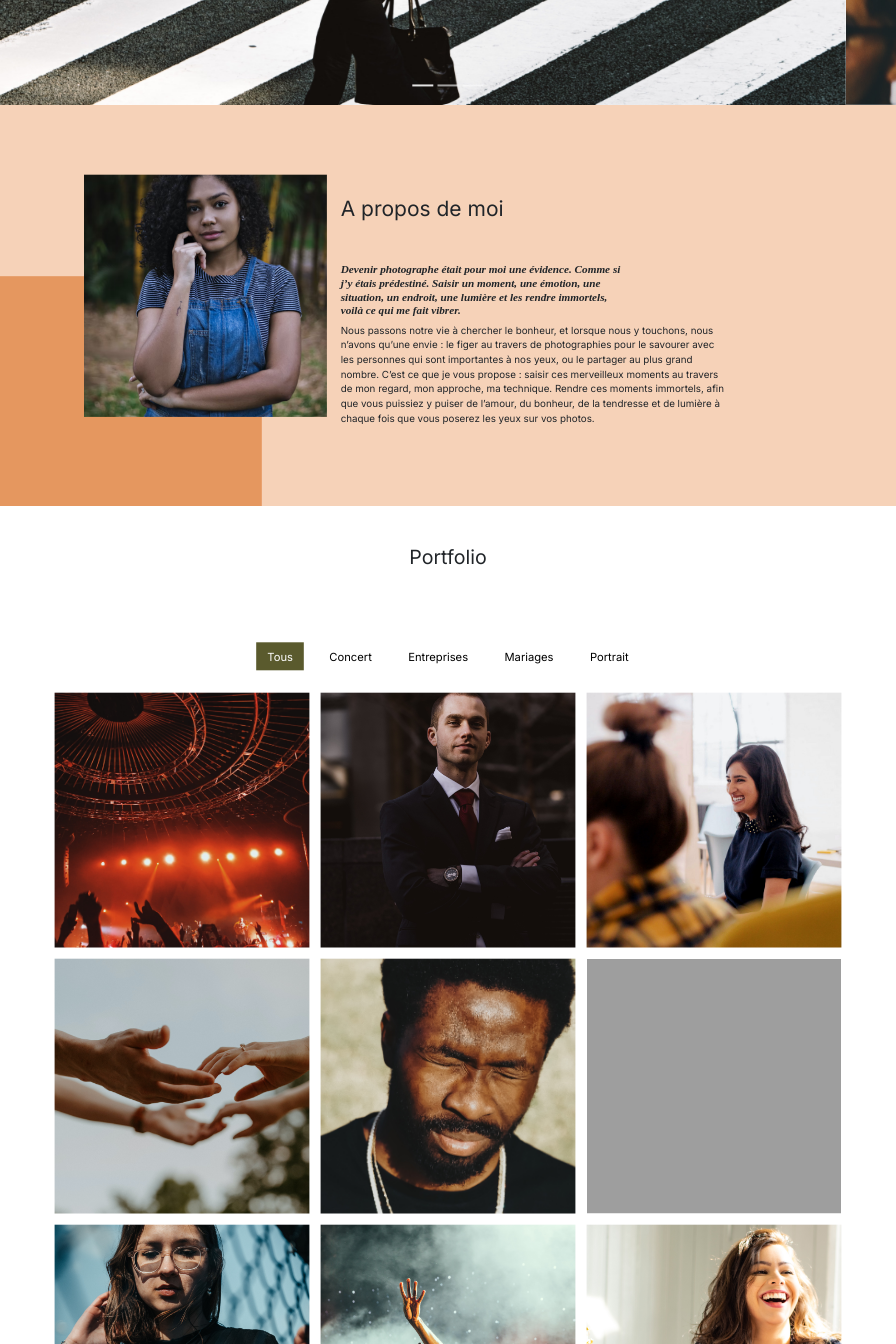
Repository: Dimple3377/project-9
Page: index.html
An editor plug-in stored every save of this project. The page is shown before and after the next save, followed by the edit.
The browser window is 1280 px wide. The pictures show the part of the page from y = 541 to 2461 px (the page is 4589 px tall before and 4413 px after), at 70% of full size.
Pictures or frames that could not be fetched are drawn as grey boxes. Some web fonts or font styles are not loaded; a fallback is used.

Above is the page before, as saved 2024-04-15 01:51:15.

### index.html
<!DOCTYPE html>
<html lang="fr">
  <head>
    <meta name="viewport" content="width=device-width, initial-scale=1.0" />
    <title>Nina Carducci - Photographe</title>
    <!-- Titre de la page ajouté ici -->
    <meta
      name="description"
      content="Explorez le portfolio de Nina Carducci, photographe spécialisée dans les mariages, portraits et événements en Île-de-France."
    />
    <!-- Meta description ajoutée ici -->
    <link rel="stylesheet" href="./assets/bootstrap/bootstrap.css" />
    <link rel="stylesheet" href="./assets/style.css" />
    <link rel="preconnect" href="https://fonts.googleapis.com" />
    <link rel="preconnect" href="https://fonts.gstatic.com" crossorigin />
    <link
      href="https://fonts.googleapis.com/css2?family=Inter&family=Spectral:ital,wght@0,400;1,300;1,400;1,800&display=swap"
      rel="stylesheet"
    />
    <meta charset="UTF-8" />
    <script src="./assets/bootstrap/bootstrap.bundle.js"></script>
    <script
      src="https://code.jquery.com/jquery-3.4.1.min.js"
      integrity="sha256-CSXorXvZcTkaix6Yvo6HppcZGetbYMGWSFlBw8HfCJo="
      crossorigin="anonymous"
    ></script>
    <script src="./assets/maugallery.js"></script>
    <script src="./assets/scripts.js"></script>
  </head>
  <body>
    <div class="top-header">
      <h3 class="name">Nina Carducci</h3>
      <div class="nav">
        <ul>
          <li><a href="#about">À propos</a></li>
          <li><a href="#gallery">Galerie</a></li>
          <li><a href="#services">Service</a></li>
          <li><a href="#contact">Contact</a></li>
          <li>
            <a
              class="social-link"
              href="https://www.instagram.com/ninacarducci.photo/?hl=fr"
              target="_blank"
              ><img
                src="assets/images/instagram.png"
                alt="Logo Instagram - Suivez Nina Carducci"
            /></a>
          </li>
        </ul>
      </div>
    </div>
    <div id="header">
      <div
        id="carouselExampleIndicators"
        class="carousel slide"
        data-bs-ride="carousel"
      >
        <div class="carousel-indicators">
          <button
            type="button"
            data-bs-target="#carouselExampleIndicators"
            data-bs-slide-to="0"
            class="active"
            aria-current="true"
            aria-label="Slide 1"
          ></button>
          <button
            type="button"
            data-bs-target="#carouselExampleIndicators"
            data-bs-slide-to="1"
            aria-label="Slide 2"
          ></button>
          <button
            type="button"
            data-bs-target="#carouselExampleIndicators"
            data-bs-slide-to="2"
            aria-label="Slide 3"
          ></button>
        </div>
        <div class="carousel-inner">
          <div class="carousel-item active">
            <img
              src="./assets/images/slider/ryoji-iwata-wUZjnOv7t0g-unsplash.jpg"
              class="d-block w-100"
              alt="Vue urbaine capturée par Ryoji Iwata"
            />
          </div>
          <div class="carousel-item">
            <img
              src="./assets/images/slider/nicholas-green-nPz8akkUmDI-unsplash.jpg"
              class="d-block w-100"
              alt="Paysage tranquille par Nicholas Green"
            />
          </div>
          <div class="carousel-item">
            <img
              src="./assets/images/slider/edward-cisneros-3_h6-1NPDGw-unsplash.jpg"
              class="d-block w-100"
              alt="Portrait émotionnel par Edward Cisneros"
            />
          </div>
        </div>
        <button
          class="carousel-control-prev"
          type="button"
          data-bs-target="#carouselExampleIndicators"
          data-bs-slide="prev"
        >
          <span class="carousel-control-prev-icon" aria-hidden="true"></span>
          <span class="visually-hidden">Previous</span>
        </button>
        <button
          class="carousel-control-next"
          type="button"
          data-bs-target="#carouselExampleIndicators"
          data-bs-slide="next"
        >
          <span class="carousel-control-next-icon" aria-hidden="true"></span>
          <span class="visually-hidden">Next</span>
        </button>
      </div>
    </div>
    <div id="about">
      <div class="picture left">
        <img src="./assets/images/nina.png" alt="Nina Carducci souriante" />
      </div>
      <div id="about-me">
        <h3 class="about-me__title">A propos de moi</h3>
        <h6 class="about-me__introduction">
          Devenir photographe était pour moi une évidence. Comme si j’y étais
          prédestiné. Saisir un moment, une émotion, une situation, un endroit,
          une lumière et les rendre immortels, voilà ce qui me fait vibrer.
        </h6>
        <p>
          Nous passons notre vie à chercher le bonheur, et lorsque nous y
          touchons, nous n’avons qu’une envie : le figer au travers de
          photographies pour le savourer avec les personnes qui sont importantes
          à nos yeux, ou le partager au plus grand nombre. C’est ce que je vous
          propose : saisir ces merveilleux moments au travers de mon regard, mon
          approche, ma technique. Rendre ces moments immortels, afin que vous
          puissiez y puiser de l’amour, du bonheur, de la tendresse et de
          lumière à chaque fois que vous poserez les yeux sur vos photos.
        </p>
      </div>
    </div>
    <div id="gallery">
      <h3 class="title">Portfolio</h3>
      <div class="container py-3">
        <div class="gallery" style="display: none">
          <img
            data-gallery-tag="Concert"
            class="gallery-item"
            src="./assets/images/gallery/concerts/aaron-paul-wnX-fXzB6Cw-unsplash.jpg"
            alt="Foule lors d'un concert de nuit"
          />
          <img
            data-gallery-tag="Entreprises"
            class="gallery-item"
            src="./assets/images/gallery/entreprise/ali-morshedlou-WMD64tMfc4k-unsplash.jpg"
            alt="Intérieur d'un bureau moderne"
          />
          <img
            data-gallery-tag="Entreprises"
            class="gallery-item"
            src="./assets/images/gallery/entreprise/jason-goodman-tHO1_OuKbg0-unsplash.jpg"
            alt="Réunion d'équipe en entreprise"
          />
          <img
            data-gallery-tag="Mariages"
            class="gallery-item"
            src="./assets/images/gallery/mariage/hannah-busing-RvF2R_qMpRk-unsplash.jpg"
            alt="Couple se mariant sous un ciel clair"
          />
          <img
            data-gallery-tag="Portrait"
            class="gallery-item"
            src="./assets/images/gallery/portraits/ade-tunji-rVkhWWZFAtQ-unsplash.jpg"
            alt="Portrait d'un homme en lumière naturelle"
          />
          <img
            data-gallery-tag="Mariages"
            class="gallery-item"
            src="./assets/images/gallery/mariage/jakob-owens-SiniLJkXhMc-unsplash.jpg"
            alt="Couple de mariés partageant un moment joyeux"
          />
          <img
            data-gallery-tag="Portrait"
            class="gallery-item"
            src="./assets/images/gallery/portraits/nino-van-prattenburg--443cl1uR_8-unsplash.jpg"
            alt="Portrait artistique d'une femme"
          />
          <img
            data-gallery-tag="Concert"
            class="gallery-item"
            src="./assets/images/gallery/concerts/austin-neill-hgO1wFPXl3I-unsplash.jpg"
            alt="Artiste jouant de la guitare sur scène"
          />
          <img
            data-gallery-tag="Entreprises"
            class="gallery-item"
            src="./assets/images/gallery/entreprise/mateus-campos-felipe-Fsgzm8N0hIY-unsplash.jpg"
            alt="Bureau d'entreprise avec un design épuré"
          />
        </div>
      </div>
      <div class="quote">
        <figure>
          <blockquote>
            <h1 class="quote__text">
              Un portrait n’est pas une ressemblance. Dès lors qu’une émotion ou
              qu’un fait est traduit en photo, il cesse d’être un fait pour
              devenir une opinion. L’inexactitude n’existe pas en photographie.
              Toutes les photos sont exactes. Aucune d’elles n’est la vérité.
            </h1>
          </blockquote>
          <figcaption class="quote__author">- Richard Avedon</figcaption>
        </figure>
      </div>
    </div>
    <div id="services">
      <h3 class="title">Mes services</h3>
      <div class="container">
        <div class="service">
          <div class="service__description">
            <h3>Shooting photo</h3>
            <p>
              Pour capturer vos moments les plus précieux et garder un souvenir
              impérissable. Je me déplace en Île-de-France pour réaliser vos
              photos
            </p>
          </div>
          <div class="service__price">
            <h4>350€/demi journée</h4>
            <span>Matériel, déplacement inclus</span>
          </div>
        </div>
        <div class="service">
          <div class="service__description">
            <h3>Retouches</h3>
            <p>
              Vous souhaitez retoucher vos photos pour un résultat professionnel
              ? Bénéficier d’un rendu optimal pour vos publications
            </p>
          </div>
          <div class="service__price">
            <h4>50€/photo</h4>
            <span>2 AR par photo</span>
          </div>
        </div>
        <div class="service">
          <div class="service__description">
            <h3>Album photos</h3>
            <p>
              Partagez avec vos proches et vos clients les photos des moments
              partagés ensemble à travers un album photo personnalisé
            </p>
          </div>
          <div class="service__price">
            <h4>400€ album A4</h4>
            <span>30 pages recto/verso</span>
          </div>
        </div>
      </div>
    </div>
    <div class="quote">
      <figure>
        <blockquote>
          <h1 class="quote__text">
            De manière inconsciente, je crois, je guette un regard, une
            expression, des traits ou une nostalgie capable de résumer ou plus
            exactement de révéler une vie
          </h1>
        </blockquote>
        <figcaption class="quote__author">- Richard Avedon</figcaption>
      </figure>
    </div>
    <div id="contact">
      <div class="container">
        <div class="form-container">
          <h3>Une question ? Une demande de devis ?</h3>
          <p>
            N’hésitez pas à m’écrire ! Je vous répondrais en moins de 24 heures
          </p>
          <form action="" method="post">
            <label for="nom">Nom</label>
            <input type="text" name="nom" id="nom" />
            <label for="email">Email</label>
            <input type="email" name="email" id="email" />
            <label for="message">Message</label>
            <textarea
              name="message"
              id="message"
              cols="30"
              rows="10"
            ></textarea>
            <input type="submit" value="Envoyer" />
          </form>
        </div>
        <div class="picture right">
          <img src="./assets/images/camera.png" alt="Icône de caméra" />
        </div>
      </div>
    </div>
  </body>
</html>

### assets/style.css
body {
  max-width: 1920px;
  margin: auto;
}
* {
  font-family: "Inter";
  font-style: normal;
}
.top-header {
  background-color: white;
  position: sticky;
  top: 0;
  z-index: 1000;
  display: flex;
  justify-content: space-between;
  padding-inline: 100px;
  padding-block: 30px;
  align-items: center;
}

.top-header .name {
  font-size: 26px;
}

.nav ul {
  display: flex;
  list-style-type: none;
  font-size: 14px;
  margin-bottom: 0;
}

.nav li {
  padding-inline: 10px;
}

.nav a {
  text-decoration: none;
  color: #000;
}

.social-link img {
  width: 20px;
}

#about {
  display: flex;
  background-color: #f6d2b8;
  padding-inline: 100px;
  padding-block: 100px;
  position: relative;
}

.picture.left::before {
  content: " ";
  background-color: #e5975f;
  width: 374px;
  height: 329px;
  position: absolute;
  bottom: 0;
  left: 0;
  z-index: -1;
}

.picture {
  flex: 1;
  margin: 0 20px;
  z-index: 0;
}

.picture img {
  width: 100%;
}
#about-me {
  flex: 2;
}
.about-me__title {
  margin-top: 1em;
  margin-bottom: 60px;
  font-size: 30px;
}
.about-me__introduction {
  font-family: "Spectral";
  font-weight: 800;
  font-style: italic;
  width: 60%;
}
#about-me p {
  width: 80%;
  font-size: 14px;
}

#gallery {
  /*	min-height: 100vh; */
}
.title {
  text-align: center;
  padding-block: 2em;
}
.gallery .nav {
  justify-content: center;
}
.nav-pills .nav-link.active,
.nav-pills .show > .nav-link {
  color: #fff;
  background-color: #5a5a2d; /* Plus foncé pour un meilleur contraste */
  border-radius: 0;
}
.nav-pills .nav-link {
  color: #000;
}
.item-column {
  position: relative;
  margin-bottom: 0 !important;
  padding: 0;
}
.item-column::after {
  content: "";
  display: block;
  padding-bottom: 100%;
}
.gallery-item {
  position: absolute;
  width: 100%;
  height: 100%;
  object-fit: cover;
  padding: 0.5em;
}
.mg-prev,
.mg-next {
  width: 30px;
  height: 30px;
  border-radius: 00%;
  justify-content: center;
  align-items: center;
  display: flex;
  font-size: 24px;
}

.quote {
  font-family: "Spectral";
  font-style: italic;
  width: 70%;
  margin: auto;
  padding-block: 3em;
}
.quote__text {
  font-family: Spectral;
  font-style: italic;
  font-weight: 300;
}
.quote__author {
  font-family: Spectral;
  font-weight: 800;
  font-size: 22px;
}

#services {
  margin: auto;
  background-color: #a8d5d8;
  color: #2c3e50; /* Texte plus foncé pour un meilleur contraste */
  position: relative;
}
#services .container::before {
  content: " ";
  background-color: #1c6474;
  position: absolute;
  width: 100%;
  height: 30%;
  bottom: 0;
  left: 0;
  z-index: 0;
}

#services .container {
  justify-content: space-between;
  display: flex;
  padding: 2em 0;
}

.service {
  background-color: white;
  max-width: 390px;
  width: 30%;
  height: 337px;
  padding: 1em;
  display: flex;
  flex-direction: column;
  justify-content: space-between;
  z-index: 1;
}

#contact {
  margin: auto;
  background-color: #d8d3a8;
  position: relative;
  padding-inline: 100px;
  padding-block: 100px;
}

#contact .container {
  display: flex;
}
.picture.right::before {
  content: " ";
  background-color: #beb45a;
  width: 374px;
  height: 329px;
  position: absolute;
  bottom: 0;
  right: 0;
  z-index: -1;
}
.form-container {
  flex: 2;
}
form {
  display: flex;
  flex-direction: column;
  width: 70%;
  align-items: flex-start;
}

form input {
  width: 100%;
  background-color: transparent;
  border: solid 1px;
  height: 2.5em;
  margin-bottom: 20px;
}

form textarea {
  width: 100%;
  background-color: transparent;
  border: solid 1px;
  height: 5em;
  line-height: 2.5em;
  font-size: 1.2em;
  margin-bottom: 20px;
}
input[type="submit"] {
  background-color: #beb45a;
  padding: 0.5em 1em;
}

@media all and (max-width: 1180px) {
  .picture {
    flex: 2;
  }
  #about,
  #contact .container {
    align-items: center;
  }
  .about-me__title {
    margin-top: 0;
    margin-bottom: 1em;
  }
  #about-me h6,
  #about-me p {
    width: 100%;
  }
}

@media all and (max-width: 1000px) {
  #about {
    flex-direction: column;
  }
  .picture {
    width: 50%;
  }
  .picture.left::before {
    width: 100%;
    height: 30%;
    position: absolute;
    bottom: auto;
    top: 0;
    left: 0;
    z-index: -1;
  }
  .about-me__title {
    text-align: center;
    margin-top: 1em;
  }
  #services .container {
    flex-direction: column;
  }
  .service {
    width: 100%;
    max-width: 100%;
    height: auto;
    margin: 2em 0;
  }
  .service__description {
    margin-bottom: 1em;
  }

  #services .container::before {
    width: 30%;
    height: 100%;
    bottom: 0;
    right: 0;
    left: auto;
    z-index: 0;
  }

  #contact .container {
    flex-direction: column;
  }
  #contact .picture.right {
    margin-top: 1em;
  }
  .picture.right::before {
    width: 100%;
    height: 30%;
    position: absolute;
    bottom: 0;
    right: 0;
    z-index: -1;
  }
}

@media all and (max-width: 650px) {
  .top-header {
    flex-direction: column;
    padding-inline: 0;
  }
  .top-header .nav,
  .top-header .nav ul {
    width: 100%;
    padding: 0 0 0 0;
  }
  .top-header .nav li {
    flex: 1;
    padding-block: 1em;
    text-align: center;
  }
  .picture.left::before,
  .picture.right::before {
    height: 150px;
  }
  #services .container {
    align-items: center;
  }
  .service {
    max-width: 90%;
  }
  #about,
  #contact {
    padding-inline: 2em;
    padding-block: 2em;
  }
  form {
    width: 100%;
  }
  .picture {
    width: 80%;
  }
}

Loaded but not shown: assets/bootstrap/bootstrap.css (library); assets/bootstrap/bootstrap.bundle.js (library); assets/scripts.js (common file); assets/maugallery.js (263 lines, source omitted)

After the next save:
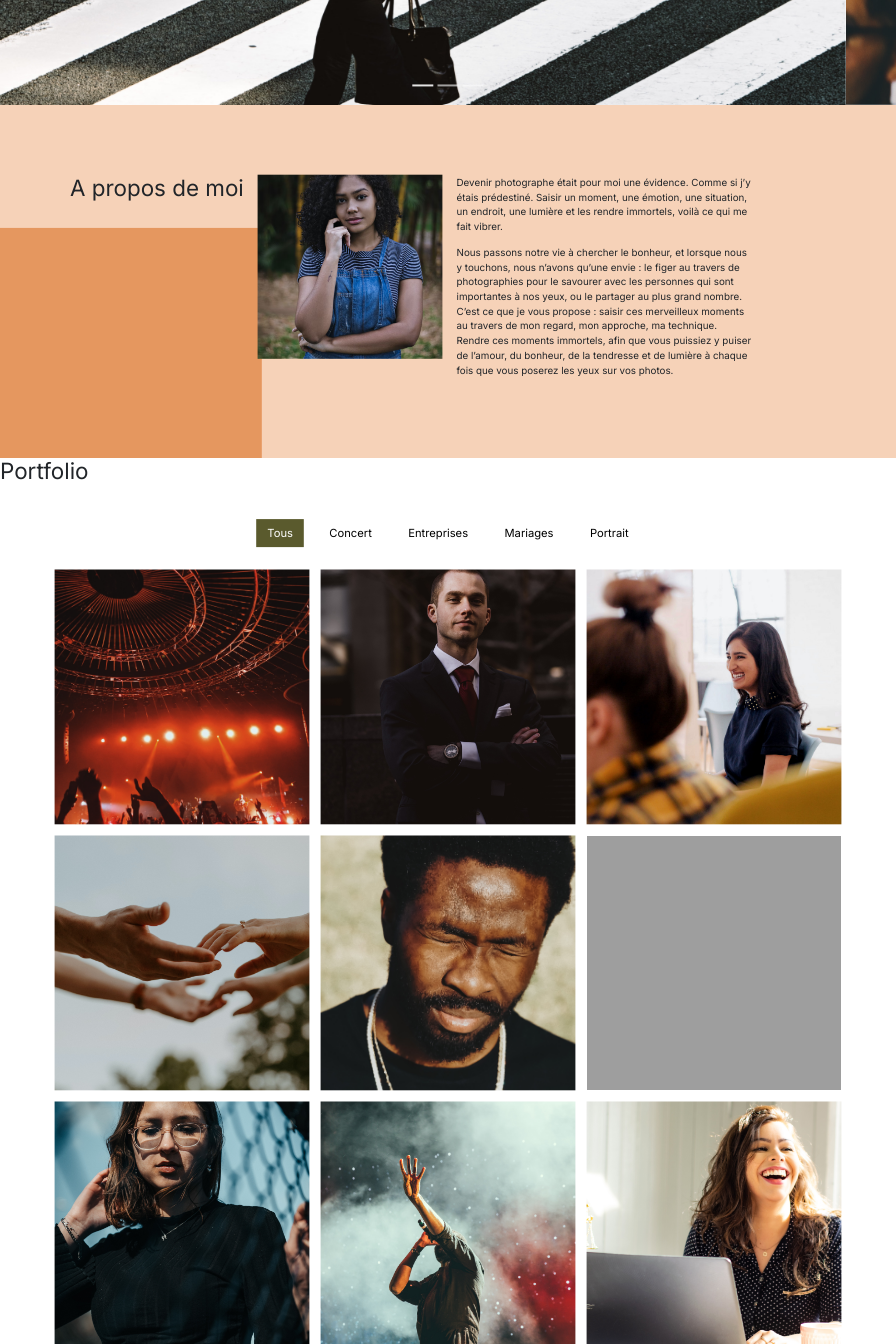
Saved 31 min 37 s later.
--- a/index.html
+++ b/index.html
@@ -29,8 +29,8 @@
   </head>
   <body>
     <div class="top-header">
-      <h3 class="name">Nina Carducci</h3>
-      <div class="nav">
+      <h1 class="name">Nina Carducci</h1> <!-- Changé en h1 pour indiquer le titre principal -->
+      <nav class="nav">
         <ul>
           <li><a href="#about">À propos</a></li>
           <li><a href="#gallery">Galerie</a></li>
@@ -47,7 +47,7 @@
             /></a>
           </li>
         </ul>
-      </div>
+      </nav>
     </div>
     <div id="header">
       <div
@@ -120,17 +120,17 @@
         </button>
       </div>
     </div>
-    <div id="about">
+    <section id="about">
+      <h2>A propos de moi</h2> <!-- Changé en h2 pour les grandes sections -->
       <div class="picture left">
         <img src="./assets/images/nina.png" alt="Nina Carducci souriante" />
       </div>
       <div id="about-me">
-        <h3 class="about-me__title">A propos de moi</h3>
-        <h6 class="about-me__introduction">
+      <p>
           Devenir photographe était pour moi une évidence. Comme si j’y étais
           prédestiné. Saisir un moment, une émotion, une situation, un endroit,
-          une lumière et les rendre immortels, voilà ce qui me fait vibrer.
-        </h6>
+          une lumière et les rendre immortels, voilà ce qui me fait vibrer.</p>
+
         <p>
           Nous passons notre vie à chercher le bonheur, et lorsque nous y
           touchons, nous n’avons qu’une envie : le figer au travers de
@@ -142,9 +142,10 @@
           lumière à chaque fois que vous poserez les yeux sur vos photos.
         </p>
       </div>
-    </div>
-    <div id="gallery">
-      <h3 class="title">Portfolio</h3>
+    </section>
+
+    <section id="gallery">
+      <h2>Portfolio</h2>
       <div class="container py-3">
         <div class="gallery" style="display: none">
           <img
@@ -203,6 +204,7 @@
           />
         </div>
       </div>
+    </section>
       <div class="quote">
         <figure>
           <blockquote>
